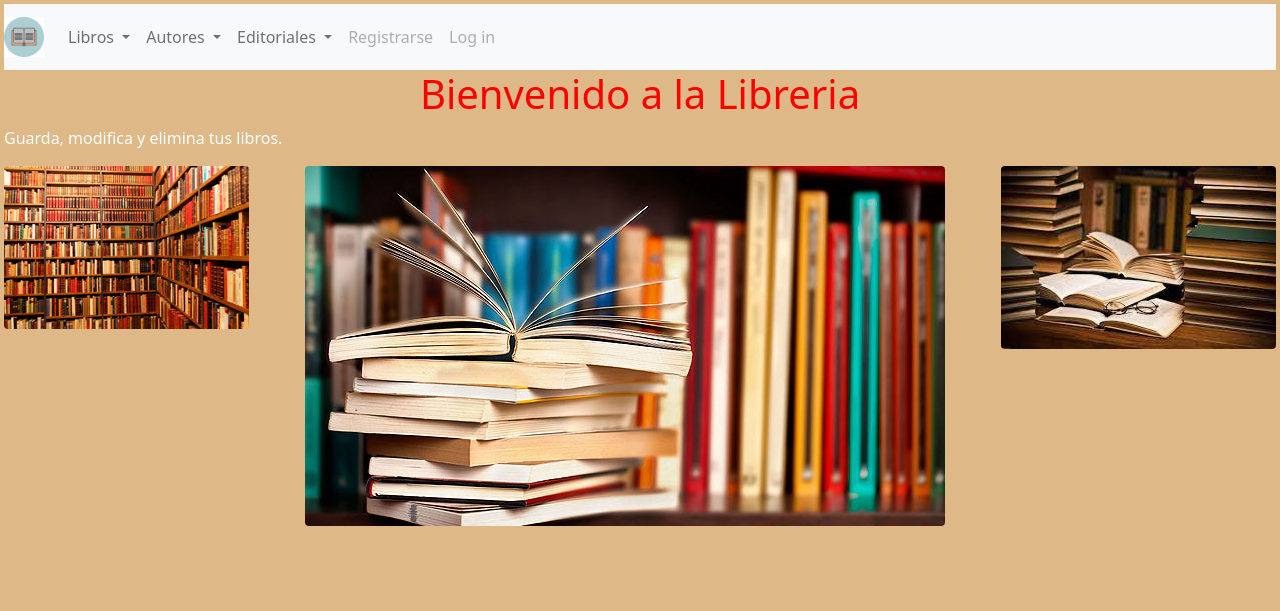
Repository: frnalonso/libreria
Page: src/main/resources/templates/index.html
The author's editor kept a copy of each file at every save. The page is drawn from the files as they stood at one save, then again after the next save.
The browser window is 1280 px wide. The pictures show the whole page.

Above is the page before, as saved 2021-12-03 02:52:17.

### src/main/resources/templates/index.html

<!doctype html>
<html lang="en">
  <head>
    <!-- Required meta tags -->
    <meta charset="utf-8">
    <meta name="viewport" content="width=device-width, initial-scale=1">

    <!-- Bootstrap CSS -->
    <link href="https://cdn.jsdelivr.net/npm/bootstrap@5.1.3/dist/css/bootstrap.min.css" rel="stylesheet" integrity="sha384-1BmE4kWBq78iYhFldvKuhfTAU6auU8tT94WrHftjDbrCEXSU1oBoqyl2QvZ6jIW3" crossorigin="anonymous">
    <link rel="stylesheet" href="/css/index.css"/>
    <title>Inicio</title>

  </head>
  <body class="p-1 text-white">
    <nav class="navbar navbar-expand-lg navbar-light bg-light">
        <a class="navbar-brand" href="/" ><img src="/images/icono_libreria2.jpg" width="40px" alt=""></a>
        <button class="navbar-toggler" type="button" data-toggle="collapse" data-target="#navbarNavAltMarkup" aria-controls="navbarNavAltMarkup" aria-expanded="false" aria-label="Toggle navigation">
          <span class="navbar-toggler-icon"></span>
        </button>
        <div class="collapse navbar-collapse" id="navbarNavAltMarkup">
          <div class="navbar-nav">
            <li class="nav-item dropdown">
              <a class="nav-link dropdown-toggle" href="#" id="navbarDropdown" role="button" data-bs-toggle="dropdown" aria-expanded="false">
                Libros
              </a>
              <ul class="dropdown-menu" aria-labelledby="navbarDropdown">
                <li><a class="dropdown-item" href="/registro">Registrar Libro</a></li>
                <li><a class="dropdown-item" href="/mostrar">Ver Libros</a></li>
              </ul>
            </li>
            <li class="nav-item dropdown">
              <a class="nav-link dropdown-toggle" href="#" id="navbarDropdown" role="button" data-bs-toggle="dropdown" aria-expanded="false">
                Autores
              </a>
              <ul class="dropdown-menu" aria-labelledby="navbarDropdown">
                <li><a class="dropdown-item" href="/autor/registrarAutor">Registrar Autor</a></li>
                <li><a class="dropdown-item" href="/autor/mostrarAutores">Ver Autores</a></li>
              </ul>
            </li>
            <li class="nav-item dropdown">
              <a class="nav-link dropdown-toggle" href="#" id="navbarDropdown" role="button" data-bs-toggle="dropdown" aria-expanded="false">
                Editoriales
              </a>
              <ul class="dropdown-menu" aria-labelledby="navbarDropdown">
                <li><a class="dropdown-item" href="/editorial/registrarEditorial">Registrar Editorial</a></li>
                <li><a class="dropdown-item" href="/editorial/mostrarEditoriales">Ver Editoriales</a></li>
              </ul>
            </li>
            <a class="nav-item nav-link disabled" href="Log in">Registrarse</a>
            <a class="nav-item nav-link disabled" href="Log in">Log in</a>
          </div>
        </div>
      </nav>
    <h1>Bienvenido a la Libreria</h1>
    <p>Guarda, modifica y elimina tus libros.</p>

    <img src="/images/registrar_libro.png" class="rounded float-start" alt="...">
<img src="/images/autor_registrar.jpg" class="rounded float-end" alt="...">
<img src="/images/editorial_registrar.jpg" class="rounded mx-auto d-block" alt="...">


    <!-- Optional JavaScript; choose one of the two! -->

    <!-- Option 1: Bootstrap Bundle with Popper -->
    <script src="https://cdn.jsdelivr.net/npm/bootstrap@5.1.3/dist/js/bootstrap.bundle.min.js" integrity="sha384-ka7Sk0Gln4gmtz2MlQnikT1wXgYsOg+OMhuP+IlRH9sENBO0LRn5q+8nbTov4+1p" crossorigin="anonymous"></script>

    <!-- Option 2: Separate Popper and Bootstrap JS -->
    <!--
    <script src="https://cdn.jsdelivr.net/npm/@popperjs/core@2.10.2/dist/umd/popper.min.js" integrity="sha384-7+zCNj/IqJ95wo16oMtfsKbZ9ccEh31eOz1HGyDuCQ6wgnyJNSYdrPa03rtR1zdB" crossorigin="anonymous"></script>
    <script src="https://cdn.jsdelivr.net/npm/bootstrap@5.1.3/dist/js/bootstrap.min.js" integrity="sha384-QJHtvGhmr9XOIpI6YVutG+2QOK9T+ZnN4kzFN1RtK3zEFEIsxhlmWl5/YESvpZ13" crossorigin="anonymous"></script>
    -->
  </body>
</html>

### src/main/resources/static/css/index.css
body {
    background-color:burlywood;
}

h1 {
    color: red;
    text-align: center;
}

img {
    display:block;
    margin:auto;
}

After the next save:
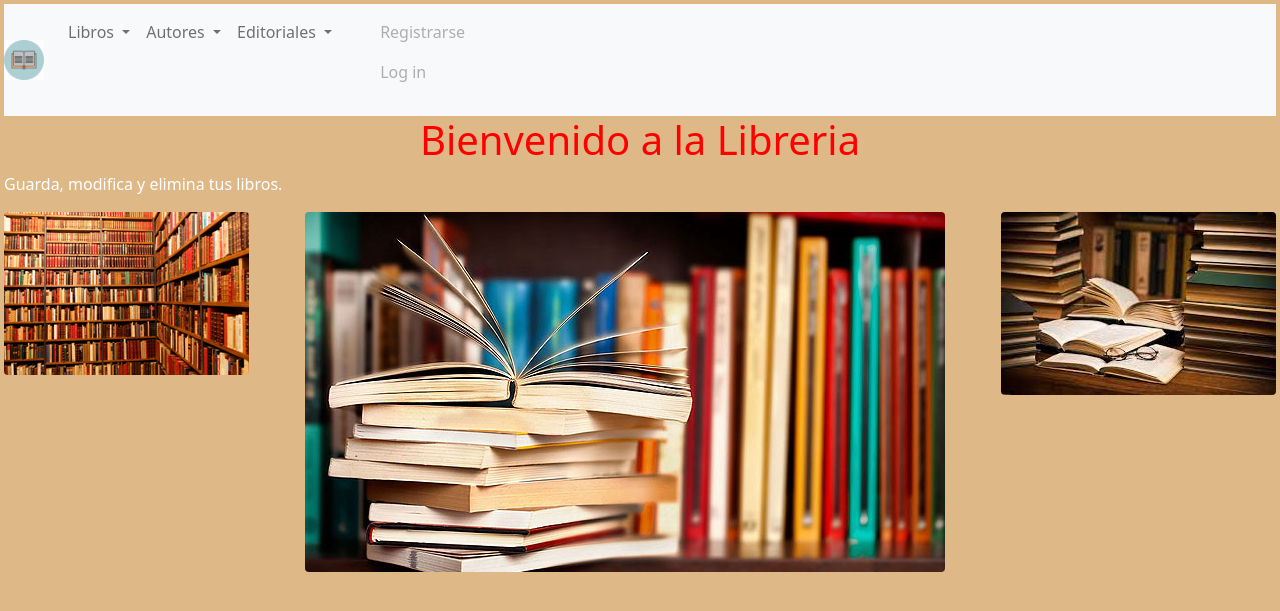
Saved 3 min 30 s later.
--- a/src/main/resources/templates/index.html
+++ b/src/main/resources/templates/index.html
@@ -47,8 +47,13 @@
                 <li><a class="dropdown-item" href="/editorial/mostrarEditoriales">Ver Editoriales</a></li>
               </ul>
             </li>
-            <a class="nav-item nav-link disabled" href="Log in">Registrarse</a>
+            <li>
+              <ul>
+                <a class="nav-item nav-link disabled" href="Log in">Registrarse</a>
             <a class="nav-item nav-link disabled" href="Log in">Log in</a>
+              </ul>
+            </li>
+
           </div>
         </div>
       </nav>
